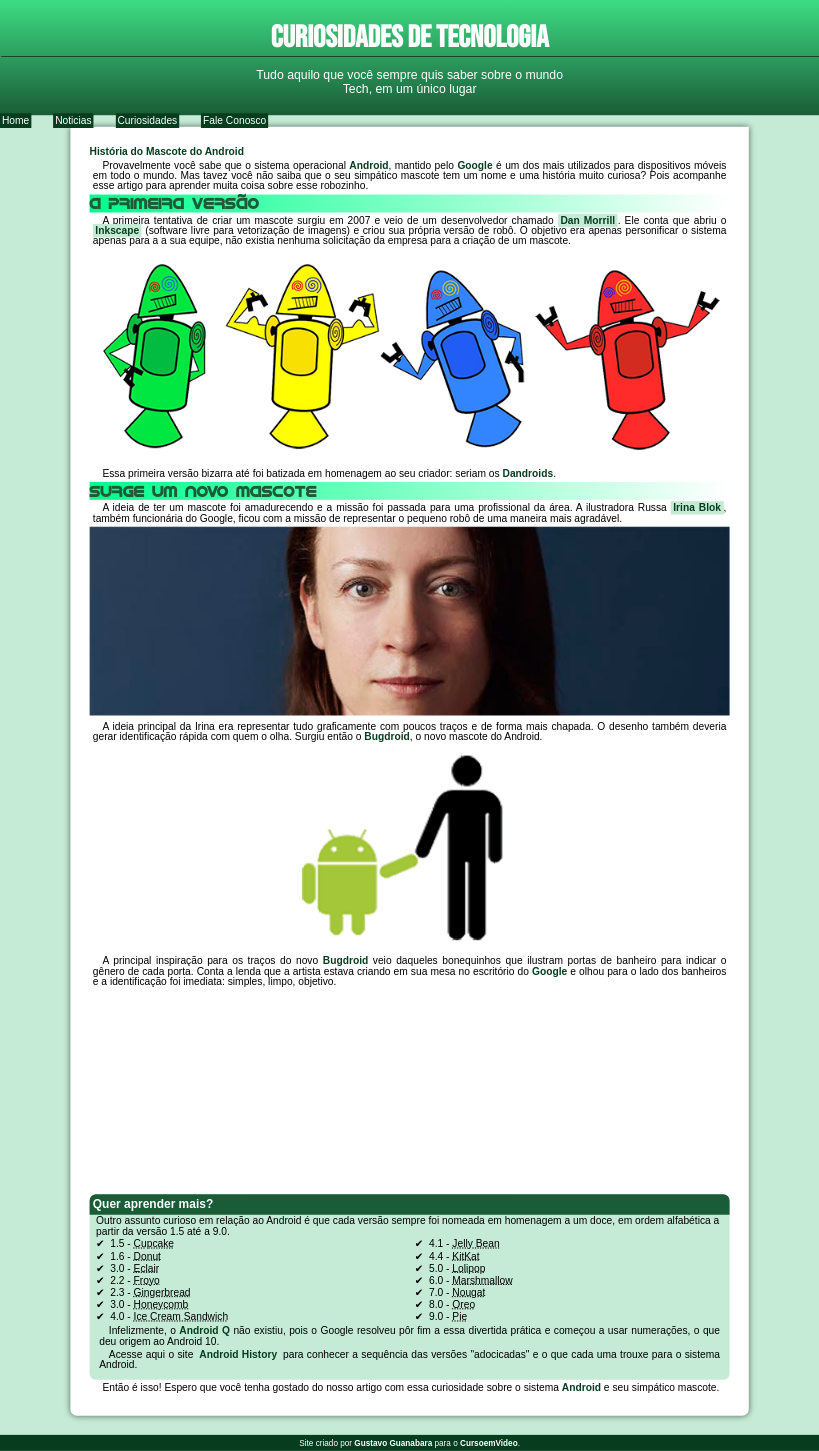
Repository: Lucianorodriguesdev/desafio10
Page: android.html
These files come from the project's save history. The page is drawn as it stood at one moment and after the next save; the edit follows.
The browser window is 1280 px wide. The pictures show the whole page, at 64% of full size.
Pictures or frames that could not be fetched are drawn as grey boxes.

Above is the page before, as saved 2026-06-11 11:03:53.

After the next save:
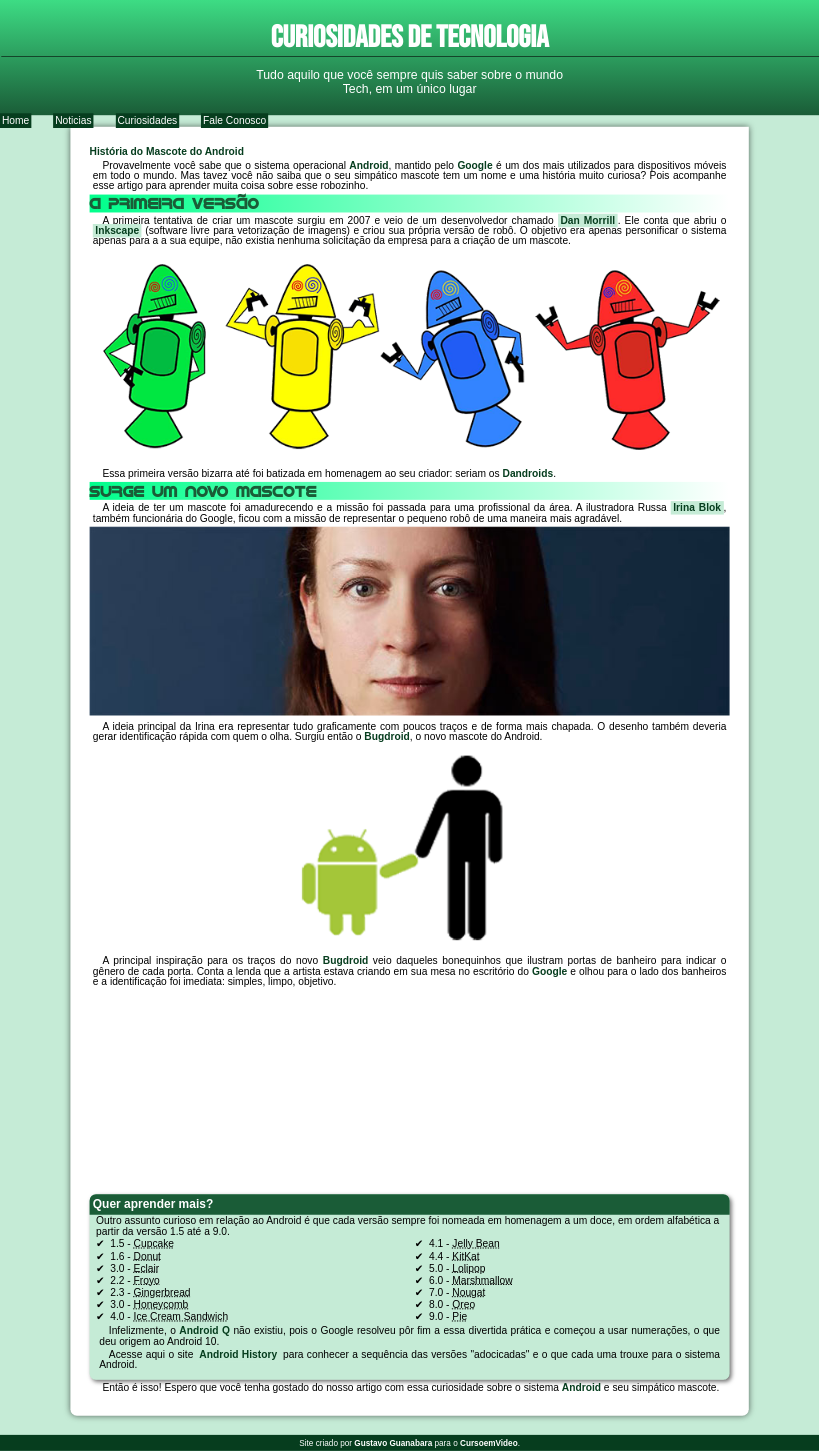
Saved 67 s later.
--- a/estilo/style.css
+++ b/estilo/style.css
@@ -116,6 +116,7 @@
     background-color: #c5ebd6;
     padding: 10px;
     border-radius: 10px;
+    box-shadow: 3px 3px 7px rgba(0, 0, 0, 0.571);
 }
 aside>ul{
     list-style-type: '\2714\00A0\00A0';
